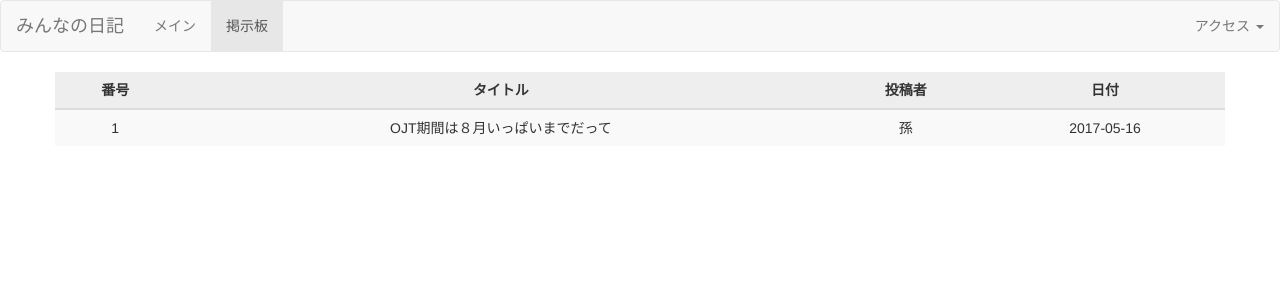
Repository: dengpu/JSP
Page: http://localhost/BBS/bbs.jsp
These files come from the project's save history. The page is drawn as it stood at one moment and after the next save; the edit follows.
The browser window is 1280 px wide. The pictures show the whole page.
Some web libraries are served in a nearby version. The page is served by Tomcat 9. Other server files are loaded and not shown.

Above is the page before, as saved 2017-05-15 08:04:00.

### BBS/WebContent/bbs.jsp
<%@ page language="java" contentType="text/html; charset=UTF-8"
	pageEncoding="UTF-8"%>
<!DOCTYPE html>
<html>
<head>
<meta http-equiv="Content-Type" content="text/html; charset=UTF-8">
<meta name="viewport" content="width=device-width, initial-scale=1">
<link rel="stylesheet" href="css/bootstrap.css">
<title>みんなの日記</title>
</head>
<body>
	<%
		String ID = null;
		if (session.getAttribute("ID") != null) {
			ID = (String) session.getAttribute("ID");
		}
	%>


	<nav class="navbar navbar-default">
		<div class="navbar-header">
			<button type=button class="navbar-toggle collapsed"
				data-toggle="collapse" data-target="#bs-example-navbar-collapse-1"
				aria-expanded="false">
				<span class="icon-bar"></span> <span class="icon-bar"></span> <span
					class="icon-bar"></span>

			</button>
			<a class="navbar-brand" href="main.jsp">みんなの日記</a>
		</div>
		<div class="collapse navbar-collapse"
			id="bs-example-navbar-collapse-1">
			<ul class="nav navbar-nav ">
				<li><a href="main.jsp">メイン</a></li>
				<li class="active"><a href="bbs.jsp">掲示板</a></li>
			</ul>


			<%
				if (ID == null) {
			%>
			<ul class="nav navbar-nav navbar-right">
				<li class="dropdown"><a href="#" class="dropdown-toggle"
					data-toggle="dropdown" role="button" aria-haspopup="true"
					aria-expanded="false">アクセス <span class="caret"></span></a>


					<ul class="dropdown-menu">
						<li><a href="login.jsp">ログイン</a></li>
						<li><a href="join.jsp">会員登録</a></li>

					</ul></li>
			</ul>
			<%
				} else {
			%>
			<ul class="nav navbar-nav navbar-right">
				<li class="dropdown"><a href="#" class="dropdown-toggle"
					data-toggle="dropdown" role="button" aria-haspopup="true"
					aria-expanded="false">アクセス <span class="caret"></span></a>


					<ul class="dropdown-menu">
						<li><a href="logoutAction.jsp">ログアウト</a></li>

					</ul></li>
			</ul>
			<%
				}
			%>
		</div>
	</nav>

	<div class="container">
		<div class="row">
			<table class="table table-striped"
				style="text-align: center; border: 1px soild #dddddd">
				<thead>
					<tr>
						<th style="background-color: #eeeeee; text-align: center;">番号</th>
						<th style="background-color: #eeeeee; text-align: center;">タイトル</th>
						<th style="background-color: #eeeeee; text-align: center;">投稿者</th>
						<th style="background-color: #eeeeee; text-align: center;">日付</th>
					</tr>
				</thead>

				<tbody>
					<tr>
						<td>1</td>
						<td>OJT期間は８月いっぱいまでだって</td>
						<td>孫</td>
						<td>2017-05-16</td>
					</tr>
				</tbody>
			</table>

		</div>
	</div>



	<script src="https://code.jquery.com/jquery-3.1.1.min.js"></script>
	<script src="js/bootstrap.js"></script>

</body>
</html>

Loaded but not shown: BBS/WebContent/css/bootstrap.css (library); BBS/WebContent/js/bootstrap.js (library)

After the next save:
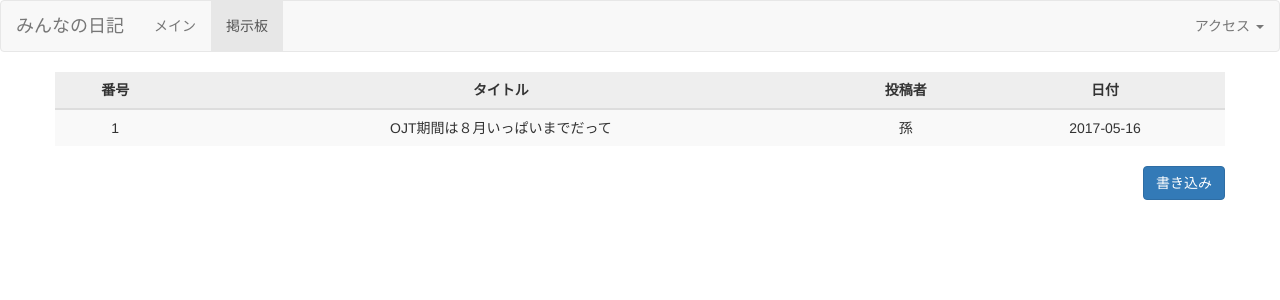
Saved 40 s later.
--- a/BBS/WebContent/bbs.jsp
+++ b/BBS/WebContent/bbs.jsp
@@ -93,6 +93,7 @@
 					</tr>
 				</tbody>
 			</table>
+			<a href="wirte.jsp" class="btn btn-primary pull-right">書き込み</a>
 
 		</div>
 	</div>
